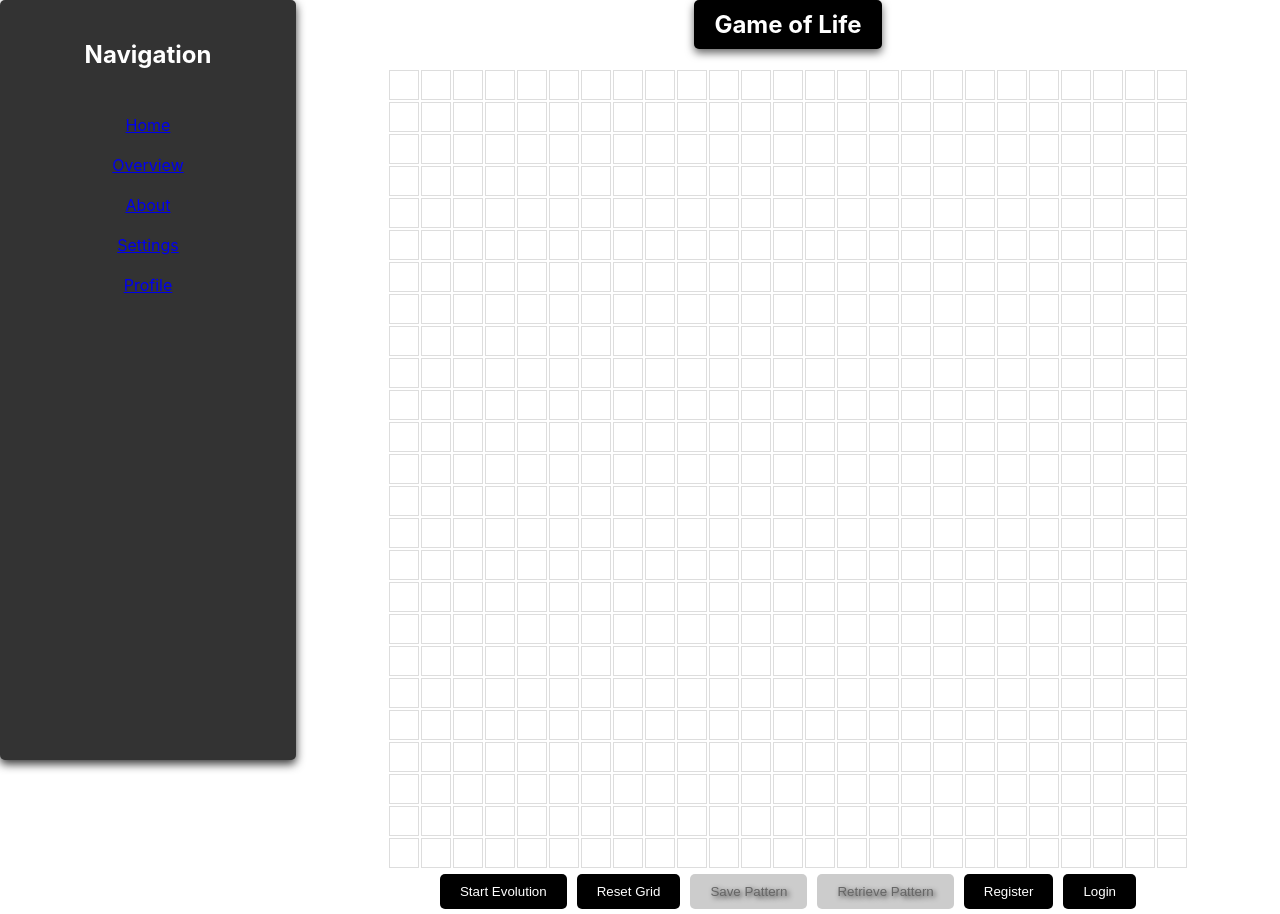
Repository: MarioDiekmann/GameOfLife
Page: /
The author's editor kept a copy of each file at every save. The page is drawn from the files as they stood at one save, then again after the next save.
The browser window is 1280 px wide. The pictures show the whole page.
The project was rebuilt for these pictures with package versions that can differ from the ones it lists, and the page was loaded fresh each time. Also part of the build but not shown: src/components/InputForm.js, src/components/LoadPatternForm.js, src/components/RegistrationForm.js, src/components/LoginForm.js, src/pages/Overview.js.

Above is the page before, as saved 2024-11-06 18:46:08.

### src/App.js
import React from 'react';
import { BrowserRouter as Router, Route, Routes } from 'react-router-dom';
import Game from './components/Game';
import Overview from './pages/Overview';
import './App.css';
import {AuthProvider} from './AuthContext';


function App() {
  return (
    <AuthProvider>
    <Router>
      <div className="App">
        <Routes>
          <Route path="/" element={<Game/>} />
          <Route path="/Overview" element={<Overview/>} />
        </Routes>
      </div>
    </Router>
    </AuthProvider>
  );
}

export default App;

### src/components/Game.js
import React, { useState, useEffect, useCallback, useRef, useContext } from "react";
import Cell from "./Cell";
import axios from "axios";
import InputForm from "./InputForm";
import './Game.css';
import NavBar from "./NavBar";
import LoadPatternForm from "./LoadPatternForm";
import RegistrationForm from "./RegistrationForm";
import LoginForm from "./LoginForm";
import { AuthContext } from '../AuthContext';

const Game = () => {
    const startingsize = 25;
    const [size, setSize] = useState(startingsize);
    const [epochs, setEpochs] = useState(0);
    const [isEvolving, setIsEvolving] = useState(false);
    const [initialPattern, setInitialPattern] = useState([]);
    const [numResizes, setNumResizes] = useState(0);


    const [isFormVisible, setIsFormVisible] = useState(false); // State to control form visibility
    const [patternRequested, setPatternRequested] = useState(false);
    const [registrationRequested, setRegistrationRequested] = useState(false);
    const [loginRequested, setLoginRequested] = useState(false);
    const initGrid = () => Array.from({ length: size }, () => Array(size).fill(false));
    const [grid, setGrid] = useState(initGrid());
    const [tokenPresent, setTokenPresent] = useState(false);

    const previousGridRef = useRef(grid); // Reference to hold the previous grid

    const { isTokenExpired, handleLogout, token } = useContext(AuthContext);

    useEffect(() => {
        if (isTokenExpired || !token) {
            setTokenPresent(false);
            if (isTokenExpired) {
                alert("Your session has expired. Please log in again.");
                handleLogout();
            }
        } else {
            setTokenPresent(true);
        }
    }, [isTokenExpired, token, handleLogout]);

    const toggleCellState = (row, col) => {
        setGrid(prevGrid => {
            const newGrid = prevGrid.map((r, i) =>
                r.map((cell, j) => (i === row && j === col ? !cell : cell))
            );
            return newGrid;
        });
    };

    const resetGrid = () => {
        setIsEvolving(false);
        setEpochs(0);
        setSize(prevSize => {
            const newGrid = Array.from({ length: startingsize }, () => Array(startingsize).fill(false));
            setGrid(newGrid);
            setInitialPattern(newGrid);
            setNumResizes(0);
            return startingsize;
        });
    };

    const renderGrid = () => {
        return grid.map((row, rowIndex) => (
            <div key={rowIndex} className="row">
                {row.map((cell, colIndex) => (
                    <Cell
                        key={`${rowIndex}-${colIndex}`}
                        isAlive={cell}
                        onClick={() => toggleCellState(rowIndex, colIndex)}
                        numResizes = {numResizes}
                    />
                ))}
            </div>
        ));
    };

    const countNeighboursAlive = useCallback((row, col) => {
        let count = 0;
        for (let i = row - 1; i <= row + 1; i++) {
            for (let j = col - 1; j <= col + 1; j++) {
                if ((i >= 0 && i < size) && (j >= 0 && j < size) && !(i === row && j === col)) {
                    count += grid[i][j] ? 1 : 0;
                }
            }
        }
        return count;
    }, [grid, size]);

    const updateGrid = useCallback(() => {
        let newGrid = grid.map((row, rowIndex) =>
            row.map((cell, colIndex) => {
                const gridCount = countNeighboursAlive(rowIndex, colIndex);
                return cell ? gridCount === 2 || gridCount === 3 : gridCount === 3;
            })
        );
        setGrid(newGrid);
        return newGrid;
    }, [countNeighboursAlive, grid]);

    const saveInitialPattern = () => {                                          //CAN I MAKE IT SAVE WITHOUT STARTING EVOLUTION
        const deepCopy = grid.map(row => row.slice());
        setInitialPattern(deepCopy); // Save current grid as the initial pattern
    };

    const checkEdges = useCallback(() => {
        const indicesAlive = [];
        // Check upper, right, lower, and left edges
        for (let col = 0; col < size - 2; col++) {
            if (grid[0][col] && grid[0][col + 1] && grid[0][col + 2]) {
                indicesAlive.push([0, col + 1]);
                indicesAlive.push([-1, col + 1]);
            }
        }
        for (let row = 0; row < size - 2; row++) {
            if (grid[row][size - 1] && grid[row + 1][size - 1] && grid[row + 2][size - 1]) {
                indicesAlive.push([row + 1, size - 1]);
                indicesAlive.push([row + 1, size]);
            }
        }
        for (let col = size - 1; col > 1; col--) {
            if (grid[size - 1][col] && grid[size - 1][col - 1] && grid[size - 1][col - 2]) {
                indicesAlive.push([size - 1, col - 1]);
                indicesAlive.push([size, col - 1]);
            }
        }
        for (let row = size - 1; row > 1; row--) {
            if (grid[row][0] && grid[row - 1][0] && grid[row - 2][0]) {
                indicesAlive.push([row - 1, 0]);
                indicesAlive.push([row - 1, -1]);
            }
        }
        return indicesAlive;
    }, [grid, size]);

    const expandGrid = useCallback((indicesAlive) => {
        setGrid(prevGrid => {
            const newSize = 2 * size; // Double the size
            setNumResizes(prev => prev + 1);
            const newGrid = Array.from({ length: newSize }, () => Array(newSize).fill(false));

            // Calculate the offset to center the old grid in the new one
            const rowOffset = Math.floor((newSize - size) / 2);
            const colOffset = Math.floor((newSize - size) / 2);

            // Copy the existing grid to the center of the new grid
            for (let row = 0; row < size; row++) {
                for (let col = 0; col < size; col++) {
                    if (prevGrid[row][col]) {
                        newGrid[row + rowOffset][col + colOffset] = true; // Copy with offsets
                    }
                }
            }

            // Handle indicesAlive and place the alive cells correctly
            for (const [row, col] of indicesAlive) {
                let newRow = row;
                let newCol = col;

                // Adjust row and col if they are outside the original grid
                if (row === -1) newRow = rowOffset - 1;
                if (col === -1) newCol = colOffset - 1;

                newRow += rowOffset;
                newCol += colOffset;

                // Make sure the calculated newRow and newCol are within bounds
                if (newRow >= 0 && newRow < newSize && newCol >= 0 && newCol < newSize) {
                    newGrid[newRow][newCol] = true;  // Mark the cell as alive in the new grid
                }
            }

            setSize(newSize);  // Update size to the new expanded size
            return newGrid;
        });
    }, [size]);

    const runEpoch = useCallback(() => {
        const prevGrid = previousGridRef.current;
        const newGrid = updateGrid();

        const gridsAreEqual = prevGrid.every((row, i) =>
            row.every((cell, j) => cell === newGrid[i][j])
        );

        if (gridsAreEqual) {
            setIsEvolving(false);
            alert("You reached a stillstand");
            return true;
        }

        const indicesAlive = checkEdges(); // Check if we need to expand the grid
        if (indicesAlive.length !== 0) {
            expandGrid(indicesAlive);
        }

        setEpochs(prevEpochs => prevEpochs + 1);
        previousGridRef.current = newGrid;
        return false;
    }, [checkEdges, expandGrid, updateGrid]);

    useEffect(() => {
        if (!isEvolving) return;

        const maxEpochs = 1000;
        let updatedEpochs = 0;

        const interval = setInterval(() => {
            if (updatedEpochs < maxEpochs) {
                const stillstand = runEpoch();
                if (stillstand) {
                    clearInterval(interval);
                }
                updatedEpochs++;
            } else {
                setIsEvolving(false);
                clearInterval(interval);
            }
        }, 2000);

        return () => clearInterval(interval);
    }, [isEvolving, runEpoch]);

    const startEvolution = () => {
        previousGridRef.current = grid;
        saveInitialPattern();
        setIsEvolving(!isEvolving);

    };

    const stopEvolution = () => {
        previousGridRef.current = grid;
        setIsEvolving(!isEvolving);
    };

    const retrievePattern = (pattern)=>{
        initGrid();
        setGrid(pattern);
        setInitialPattern(pattern);
        setEpochs(0);
        setIsEvolving(false);
        setPatternRequested(false);
    }

    const closeForm = () => {
        setIsFormVisible(false); // Close the save pattern form
        setPatternRequested(false); // Close the retrieve pattern form
        setRegistrationRequested(false); // Close the registration form
        setLoginRequested(false); // Close the login form
    };

    const closeLogin = () => {
        setLoginRequested(false); // Close the login form
        window.location.reload();
    };

    const makeFormVisible = () => {
        saveInitialPattern();                                       //now does it work wiout start evolution???
        setIsFormVisible(true); // Show the form to save pattern
    };

    const makeRequestVisible = () => {
        setPatternRequested(true); // Show the form to retrieve pattern
    };

    const makeRegistrationVisible = () => {
        setRegistrationRequested(true); // Show the form to register
    };

    const makeLoginVisible = () => {
        if(token){
            handleLogout();
        }
        else{
        setLoginRequested(true)}; // Show the form to log in

    };

    return (
        <div style={{ display: 'flex', height: '100vh' }}>
            <NavBar />
            <div style={{ flexGrow: 1, display: 'flex', flexDirection: 'column', alignItems: 'center' }}>
                <div className="banner">
                    <h1>Game of Life</h1>
                </div>
                <br />

                {renderGrid()}
                <div className="button-container">
    <button className="button" onClick={isEvolving ? stopEvolution : startEvolution}>
        {isEvolving ? "Stop Evolution" : "Start Evolution"}
    </button>
    <button className="button reset-btn" onClick={resetGrid}>Reset Grid</button>
    {/*<div>EPOCHS: {epochs}</div>*/}
    <button className="button" onClick={makeFormVisible} disabled={!tokenPresent}>Save Pattern</button>
    <button className="button" onClick={makeRequestVisible} disabled={!tokenPresent}> Retrieve Pattern</button>
    <button className="button" onClick={makeRegistrationVisible}>Register</button>
    <button className="button" onClick={makeLoginVisible}>{token ? "Logout" : "Login"}</button>
</div>


                {/* Show the form conditionally */}
                {isFormVisible && (
                    <div className="popup-overlay">
                        <div className="popup-content">
                            <InputForm pattern={initialPattern} onSubmit={closeForm} />
                        </div>
                    </div>
                )}
                {patternRequested && (
                    <div className="popup-overlay">
                        <div className="popup-content">
                            <LoadPatternForm onSubmit={closeForm} dataHandling={retrievePattern}  />
                        </div>
                    </div>
                )}
                {registrationRequested && (
                    <div className="popup-overlay">
                        <div className="popup-content">
                            <RegistrationForm onSubmit={closeForm} />
                        </div>
                    </div>
                )}
                {loginRequested && (
                    <div className="popup-overlay">
                        <div className="popup-content">
                            <LoginForm onSubmit={closeLogin} />
                        </div>
                    </div>
                )}
            </div>
        </div>
    );
};

export default Game;

### src/AuthContext.js
import React, { createContext, useState, useEffect, useRef, useCallback } from 'react';

export const AuthContext = createContext();

export const AuthProvider = ({ children }) => {
    const [token, setToken] = useState(localStorage.getItem('authToken'));
    const tokenRef = useRef(token);
    const expirationCheckInterval = useRef(null);

    const isTokenExpired = (token) => {
        if (!token) return true;
        try {
            const { exp } = JSON.parse(atob(token.split('.')[1]));
            return Date.now() >= exp * 1000;
        } catch (error) {
            console.error('Error checking token expiration:', error);
            return true;
        }
    };

    const handleLogout = useCallback(() => {
        console.log('Logging out, clearing token');
        localStorage.removeItem('authToken');
        setToken(null);
        tokenRef.current = null;
        clearInterval(expirationCheckInterval.current);
    }, []);

    const handleExpirationAlert = useCallback(() => {
        console.log('Session expired, alerting user');
        alert('Your session has expired. Please log in again.');
        handleLogout();
    }, [handleLogout]);

    const handleLogin = (newToken) => {
        console.log('Logging in with new token:', newToken);
        localStorage.setItem('authToken', newToken);
        setToken(newToken);
        tokenRef.current = newToken;

        // Check for expiration immediately
        if (isTokenExpired(newToken)) {
            handleExpirationAlert();
        } else {
            startExpirationCheck();
        }
    };

    const startExpirationCheck = useCallback(() => {
        console.log('Starting expiration check interval');
        clearInterval(expirationCheckInterval.current);
        expirationCheckInterval.current = setInterval(() => {
            console.log('Interval tick, checking token expiration');
            if (isTokenExpired(tokenRef.current)) {
                handleExpirationAlert();
            }
        }, 1000);
    }, [handleExpirationAlert]);

    useEffect(() => {
        console.log('useEffect triggered: token is', token);
        tokenRef.current = token;

        if (token) {
            console.log('Token is set, starting expiration check');
            startExpirationCheck();
        } else {
            console.log('No token, clearing interval');
            clearInterval(expirationCheckInterval.current);
        }

        return () => {
            console.log('Clearing interval on unmount or dependency change');
            clearInterval(expirationCheckInterval.current);
        };
    }, [token, startExpirationCheck]);

    return (
        <AuthContext.Provider value={{ token, handleLogin, handleLogout }}>
            {children}
        </AuthContext.Provider>
    );
};

### src/components/Cell.js
import React from 'react';
import './Cell.css';

const Cell = ({ isAlive, onClick, numResizes }) => {
  // Base sizes for cell dimensions and margin
  const baseSize = 30; // Base cell size when numResizes = 1
  const baseMargin = 1; // Base margin when numResizes = 1

  // Calculate cell size and margin based on numResizes
  const cellSize = baseSize / Math.pow(2, numResizes );
  const marginSize = baseMargin / Math.pow(2, numResizes );

  return (
    <div
      className={`cell ${isAlive ? 'alive' : 'dead'}`}
      onClick={onClick}
      style={{
        width: `${cellSize}px`,
        height: `${cellSize}px`,
        margin: `${marginSize}px`, // Uniform margin applied
      }}
    ></div>
  );
};

export default Cell;

### src/components/Game.css
.popup-overlay {
    position: fixed;
    top: 0;
    left: 0;
    width: 100%;
    height: 100%;
    background: rgba(0, 0, 0, 0.5); /* Semi-transparent background */
    display: flex;
    justify-content: center;
    align-items: center;
    z-index: 1000; /* Ensure it's above other content */
}

.popup-content {
    background: white;
    padding: 20px;
    border-radius: 8px;
    box-shadow: 0 4px 8px rgba(0, 0, 0, 0.1);
    width: 300px;
    z-index: 1001; /* Above the backdrop */
}

body.modal-open {
    overflow: hidden; /* Prevent scrolling when modal is open */
}

.banner {
    background-color: black;
    padding: 10px 20px; /* Adjusted padding for a tighter fit */
    display: inline-block; /* Makes the banner fit the text */
    text-align: center;
    box-shadow: 0 4px 8px rgba(0, 0, 0, 0.6);
    border-radius: 5px; /* Optional: Adds rounded corners */
}

.banner h1 {
    color: white;
    font-size: 2.5em; /* Slightly reduced font size for better fit */
    text-shadow: 2px 2px 5px rgba(0, 0, 0, 0.8);
    margin: 0; /* Removes default margin */
}



.button {
    background-color: black; /* Same as the banner background */
    color: white; /* White text for contrast */
    padding: 10px 20px; /* Padding for a better touch target */
    border: none; /* Remove default border */
    border-radius: 5px; /* Rounded corners */
    cursor: pointer; /* Pointer cursor on hover */
    margin: 5px; /* Space between buttons */
    text-shadow: 2px 2px 5px rgba(0, 0, 0, 0.8); /* Similar text shadow as the banner */
}

.button:hover {
    background-color: #333; /* Slightly lighter on hover */
}

.button:disabled {
    background-color: #ccc; /* Grey background for disabled state */
    color: #666; /* Lighter text color */
    cursor: not-allowed; /* Change cursor to indicate it's disabled */
    pointer-events: none; /* Prevent click events */
}

.button-container {
    position: relative;
    display: inline-block;
}

.tooltip-text {
    visibility: hidden;
    position: absolute;
    bottom: 125%; /* Position above the button */
    left: 50%;
    transform: translateX(-50%);
    background-color: #333;
    color: #fff;
    padding: 5px 10px;
    border-radius: 5px;
    font-size: 0.9em;
    white-space: nowrap;
    z-index: 10;
    opacity: 0;
    transition: opacity 0.3s ease;
}

.button-container:hover .tooltip-text {
    visibility: visible;
    opacity: 1;
}




.row {
    display: flex;
}

.cell {
    border: 1px solid #ddd;
    transition: background-color 0.3s;
}
.cell.alive {
    background-color: black;
}
.cell.dead {
    background-color: white;
}

### src/components/NavBar.js
import React from 'react';
import { Link } from 'react-router-dom';
import './NavBar.css';

const NavBar = () => {
    const navItems = [
        { name: "Home", path: "/" },
        { name: "Overview", path: "/Overview" },
        { name: "About", path: "/about" },
        { name: "Settings", path: "/settings" },
        { name: "Profile", path: "/profile" },
    ];

    return (
        <div className="navbar">
            <h2>Navigation</h2>
            <ul>
                {navItems.map((item, index) => (
                    <li key={index}>
                        <Link to={item.path}>{item.name}</Link>
                    </li>
                ))}
            </ul>
        </div>
    );
};

export default NavBar;

### src/pages/Overview.css
/* Overview.css */
.overview-container {
    display: flex;
    height: 100vh;
}

.navbar {
    width: 20%;
    background-color: #333;
    color: #fff;
    display: flex;
    flex-direction: column;
    align-items: center;
    padding-top: 20px;
    min-height: 100%;
}

.content {
    flex: 1;
    display: flex;
    flex-direction: column;
    align-items: center;
    padding: 20px;
}

.banner h1 {
    color: white;
    font-size: 1.5em;
    text-shadow: 1px 1px 2px rgba(0, 0, 0, 0.5);
    margin: 0;
}

.text-content {
    margin-top: 20px;
    color: #333;
    text-align: center;
    font-size: 1.2em;
}

### src/components/Cell.css
.cell {
  display: inline-flex; /* Align cells next to each other */
  border: 2px solid #ddd;
  box-sizing: border-box; /* Ensure padding and border are included in width/height */
  transition: background-color 0.3s;
}

.cell.alive {
  background-color: black; /* Green for living cells */
}

.cell.dead {
  background-color: white; /* Red for dead cells */
}

### src/components/NavBar.css
.navbar {
    background-color: black;            /* Black background */
    color: white;                       /* White text color */
    padding: 20px;                      /* Padding around the content */
    width: 200px;                       /* Set width for the navbar */
    box-shadow: 0 4px 10px rgba(0, 0, 0, 0.8); /* Add shadow */
    border-radius: 5px;                /* Rounded corners */
    height: 100%;                       /* Full height */
}

.navbar h2 {
    text-align: center;                 /* Center header text */
    margin-bottom: 20px;                /* Space below the header */
}

/* Other styles remain unchanged */


.navbar ul {
    list-style-type: none;              /* Remove default list styles */
    padding: 0;                         /* Remove padding */
}

.navbar li {
    padding: 10px;                      /* Padding for each item */
    cursor: pointer;                    /* Pointer cursor on hover */
    text-align: center;                 /* Center text */
    transition: background-color 0.3s;  /* Smooth background change */
}

.navbar li:hover {
    background-color: #444;             /* Change background on hover */
}

Loaded but not shown: public/index.html (common file); src/index.js (common file); src/index.css (common file); src/reportWebVitals.js (common file); src/App.css (common file)

After the next save:
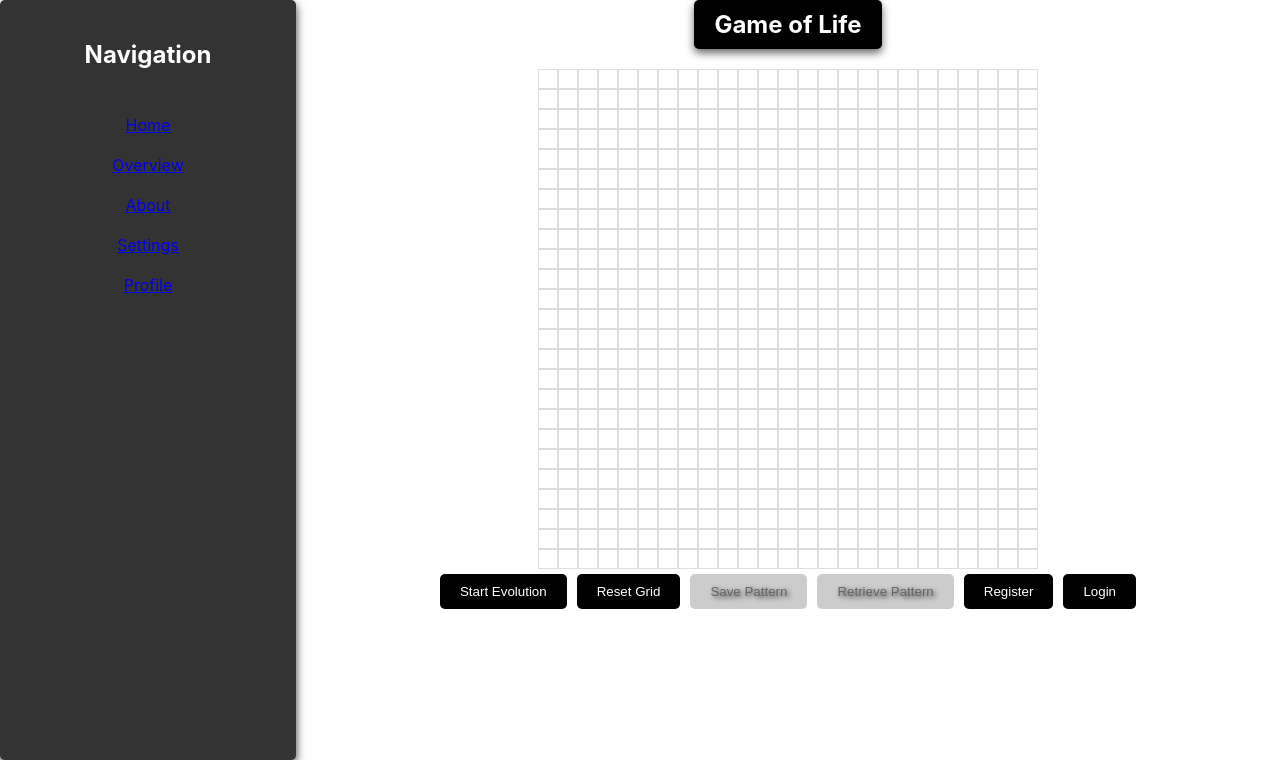
Saved 4 min 24 s later.
--- a/src/components/Cell.js
+++ b/src/components/Cell.js
@@ -1,14 +1,36 @@
-import React from 'react';
+import React, { useEffect, useState } from 'react';
 import './Cell.css';
 
 const Cell = ({ isAlive, onClick, numResizes }) => {
-  // Base sizes for cell dimensions and margin
-  const baseSize = 30; // Base cell size when numResizes = 1
-  const baseMargin = 1; // Base margin when numResizes = 1
+  const [cellSize, setCellSize] = useState(0);
 
-  // Calculate cell size and margin based on numResizes
-  const cellSize = baseSize / Math.pow(2, numResizes );
-  const marginSize = baseMargin / Math.pow(2, numResizes );
+  useEffect(() => {
+    // Update cell size based on screen width and height
+    const updateCellSize = () => {
+      const screenWidth = window.innerWidth;
+      const screenHeight = window.innerHeight;
+
+      // Calculate the number of cells that can fit horizontally and vertically
+      const cellsPerRow = Math.floor(screenWidth / 20); // 20px is the minimum width for a cell
+      const cellsPerColumn = Math.floor(screenHeight / 20); // 20px is the minimum height for a cell
+
+      // Choose the smaller of the two values to ensure the grid fits within the screen
+      const screenCellSize = Math.min(screenWidth / cellsPerRow, screenHeight / cellsPerColumn);
+
+      // Apply resizing logic with numResizes
+      const finalCellSize = screenCellSize / Math.pow(2, numResizes);
+
+      setCellSize(finalCellSize);
+    };
+
+    // Call once on mount and whenever the window is resized
+    updateCellSize();
+    window.addEventListener('resize', updateCellSize);
+
+    return () => {
+      window.removeEventListener('resize', updateCellSize);
+    };
+  }, [numResizes]);
 
   return (
     <div
@@ -17,7 +39,6 @@ const Cell = ({ isAlive, onClick, numResizes }) => {
       style={{
         width: `${cellSize}px`,
         height: `${cellSize}px`,
-        margin: `${marginSize}px`, // Uniform margin applied
       }}
     ></div>
   );
